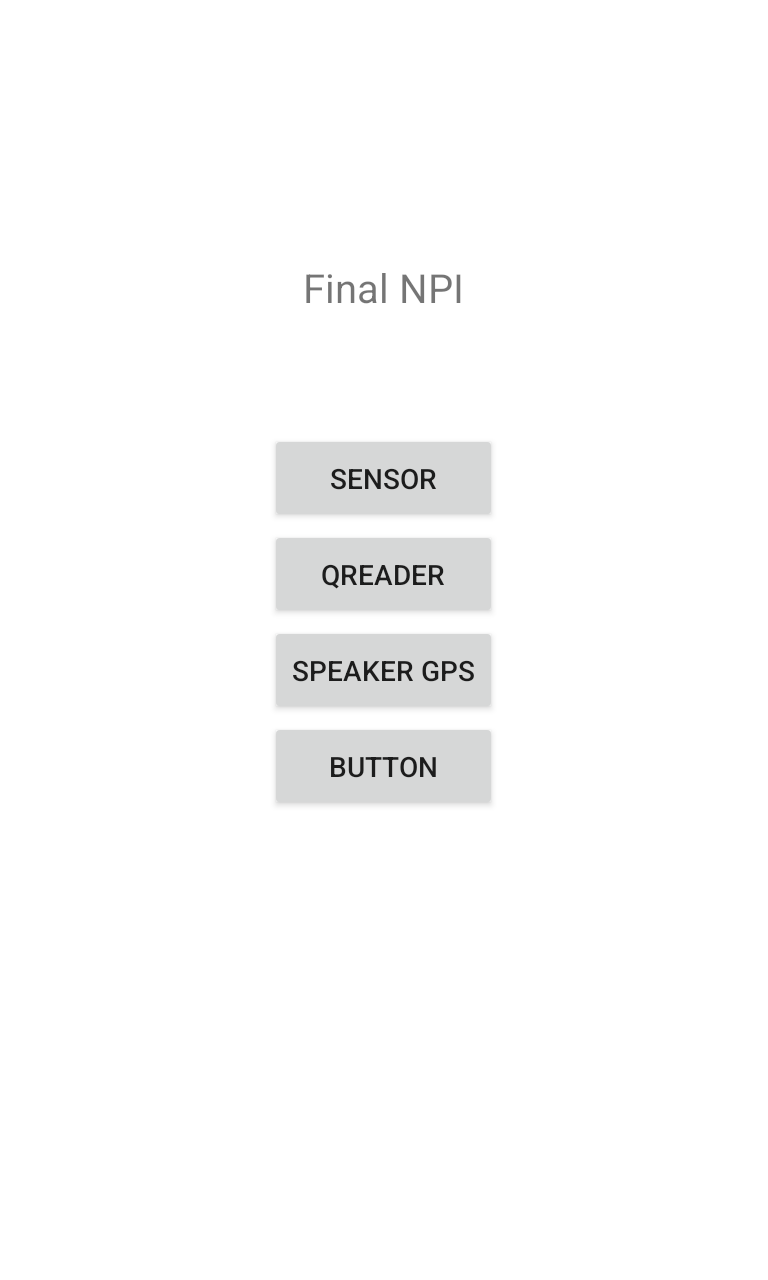
Repository: ADoncel/Android-NPI
Layout: ProyectAndroid/AndroidMetaio/res/layout/activity_main.xml
The author's editor kept a copy of each file at every save. The layout is drawn from the files as they stood at one save, then again after the next save.
It is drawn on a 768 x 1280 px phone screen (xhdpi) without system bars, with theme AppTheme; the app's code is not run.

Above is the layout before, as saved 2015-01-21 00:25:10.

### ProyectAndroid/AndroidMetaio/res/layout/activity_main.xml
<RelativeLayout xmlns:android="http://schemas.android.com/apk/res/android"
    xmlns:tools="http://schemas.android.com/tools"
    android:layout_width="fill_parent"
    android:layout_height="fill_parent"
    android:background="#FFF"
    android:paddingBottom="@dimen/activity_vertical_margin"
    android:paddingLeft="@dimen/activity_horizontal_margin"
    android:paddingRight="@dimen/activity_horizontal_margin"
    android:paddingTop="@dimen/activity_vertical_margin"
    tools:context="com.meatio.androidmetaio.MainActivity" >

    <TextView
        android:id="@+id/main_text"
        android:layout_width="wrap_content"
        android:layout_height="wrap_content"
        android:layout_alignParentTop="true"
        android:layout_centerHorizontal="true"
        android:layout_marginTop="114dp"
        android:text="@string/title_app"
        android:textSize="20sp" />

    <Button
        android:id="@+id/qrreader_button"
        android:layout_width="wrap_content"
        android:layout_height="wrap_content"
        android:layout_alignLeft="@+id/speakGPS_button"
        android:layout_alignRight="@+id/speakGPS_button"
        android:layout_below="@+id/sensor_button"
        android:text="@string/qr_button" />

    <Button
        android:id="@+id/speakGPS_button"
        android:layout_width="wrap_content"
        android:layout_height="wrap_content"
        android:layout_below="@+id/qrreader_button"
        android:layout_centerHorizontal="true"
        android:text="@string/speak_button" />

    <Button
        android:id="@+id/fotobrujula_button"
        android:layout_width="wrap_content"
        android:layout_height="wrap_content"
        android:layout_alignLeft="@+id/speakGPS_button"
        android:layout_alignRight="@+id/speakGPS_button"
        android:layout_below="@+id/speakGPS_button"
        android:text="Button" />

    <Button
        android:id="@+id/sensor_button"
        android:layout_width="wrap_content"
        android:layout_height="wrap_content"
        android:layout_alignLeft="@+id/qrreader_button"
        android:layout_alignRight="@+id/qrreader_button"
        android:layout_below="@+id/main_text"
        android:layout_marginTop="58dp"
        android:text="@string/sensor_button" />

</RelativeLayout>

### ProyectAndroid/AndroidMetaio/res/values/strings.xml
<resources>

    <string name="app_name">AndroidMetaio</string>
    <string name="action_settings">Settings</string>
    <string name="metaioSDKSignature">fATHtuYuVAi1IpawQ6m57N8MvdcDtYjBbhnKqC7PkKg=</string>
    <string name="radiobutton_web">Web search</string>
    <string name="radiobutton_free">Free form</string>
    <string name="instructions_langmodel">Choose a language model</string>
    <string name="instructions_numresults">Choose the maximum number of results</string>
    <string name="speechbtn">Press the button to speak</string>
    <string name="title_app">Final NPI</string>
    <string name="speak_button">Speaker GPS</string>
    <string name="voice_button">TOMAR</string>
    <string name="latitud_text">LATITUD</string>
    <string name="longitud_text">LONGITUD</string>
    <string name="GPS_button">START GPS</string><string name="qr_button">QReader</string>
    <string name="sensor_button">Sensor</string>

    <!-- Accessibility description sent when user starts drawing a lock pattern. -->
    <string name="lockscreen_access_pattern_start">Pattern started</string>
    <!-- Accessibility description sent when the pattern times out and is cleared. -->
    <string name="lockscreen_access_pattern_cleared">Pattern cleared</string>
    <!-- Accessibility description sent when user adds a cell to the pattern. -->
    <string name="lockscreen_access_pattern_cell_added">Cell added</string>
    <!-- Accessibility description sent when user completes drawing a pattern. -->
    <string name="lockscreen_access_pattern_detected">Pattern completed</string>


    <string name="lock_tip_pattern_ready">Dibuja el patron de desbloqueo：</string>
    <string name="lock_tip_pattern_start">Levante el dedo al terminar：</string>
    <string name="lock_tip_pattern_error_tooless">Establece minimo 4 puntos：</string>
    <string name="lock_tip_pattern_recored">Patron grabado</string>
    <string name="lock_tip_pattern_check">Dibuje el patron de nuevo para confirmar：</string>
    <string name="lock_tip_pattern_error_checkerror">Error de entrada por favor intentelo de nuevo</string>
    <string name="lock_tip_pattern_done">Su nuevo patron de desbloqueo：</string>

    <string name="verify_tip_input">Introduzca el patron：</string>
    <string name="verify_tip_error">La contraseña es incorrecta</string>

    <string name="lock_btn_next">NEXT</string>
    <string name="lock_btn_done">DONE</string>
    <string name="btn_cancel">CANCEL</string>
    <string name="btn_retry">RETRY</string>
    <string name="fotobrujula_button">Foto Brujula</string>

</resources>

Loaded but not shown: ProyectAndroid/AndroidMetaio/res/values/styles.xml (common file); ProyectAndroid/AndroidMetaio/res/values-v11/styles.xml (common file); ProyectAndroid/AndroidMetaio/res/values-v14/styles.xml (common file); ProyectAndroid/AndroidMetaio/res/values/dimens.xml (common file); ProyectAndroid/AndroidMetaio/res/values-w820dp/dimens.xml (common file)

After the next save:
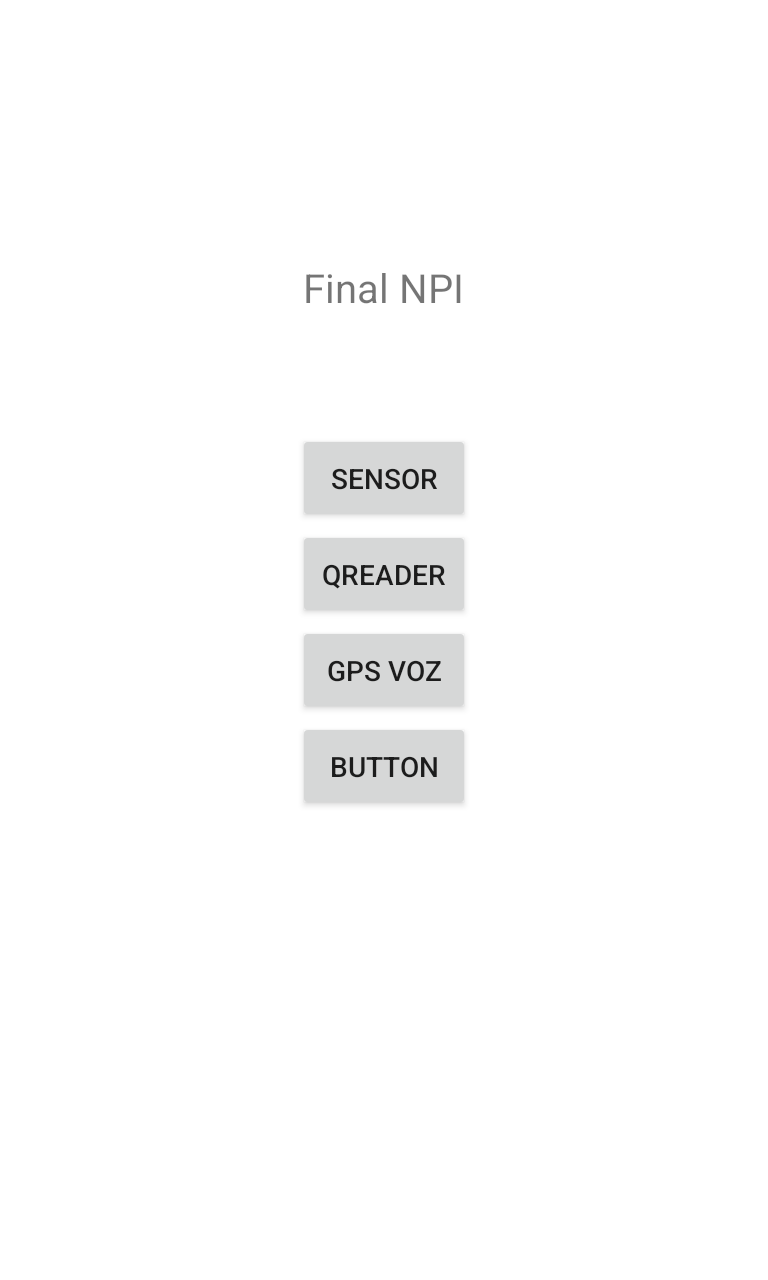
Saved 33 s later.
--- a/ProyectAndroid/AndroidMetaio/res/values/strings.xml
+++ b/ProyectAndroid/AndroidMetaio/res/values/strings.xml
@@ -9,7 +9,7 @@
     <string name="instructions_numresults">Choose the maximum number of results</string>
     <string name="speechbtn">Press the button to speak</string>
     <string name="title_app">Final NPI</string>
-    <string name="speak_button">Speaker GPS</string>
+    <string name="speak_button">GPS Voz</string>
     <string name="voice_button">TOMAR</string>
     <string name="latitud_text">LATITUD</string>
     <string name="longitud_text">LONGITUD</string>
